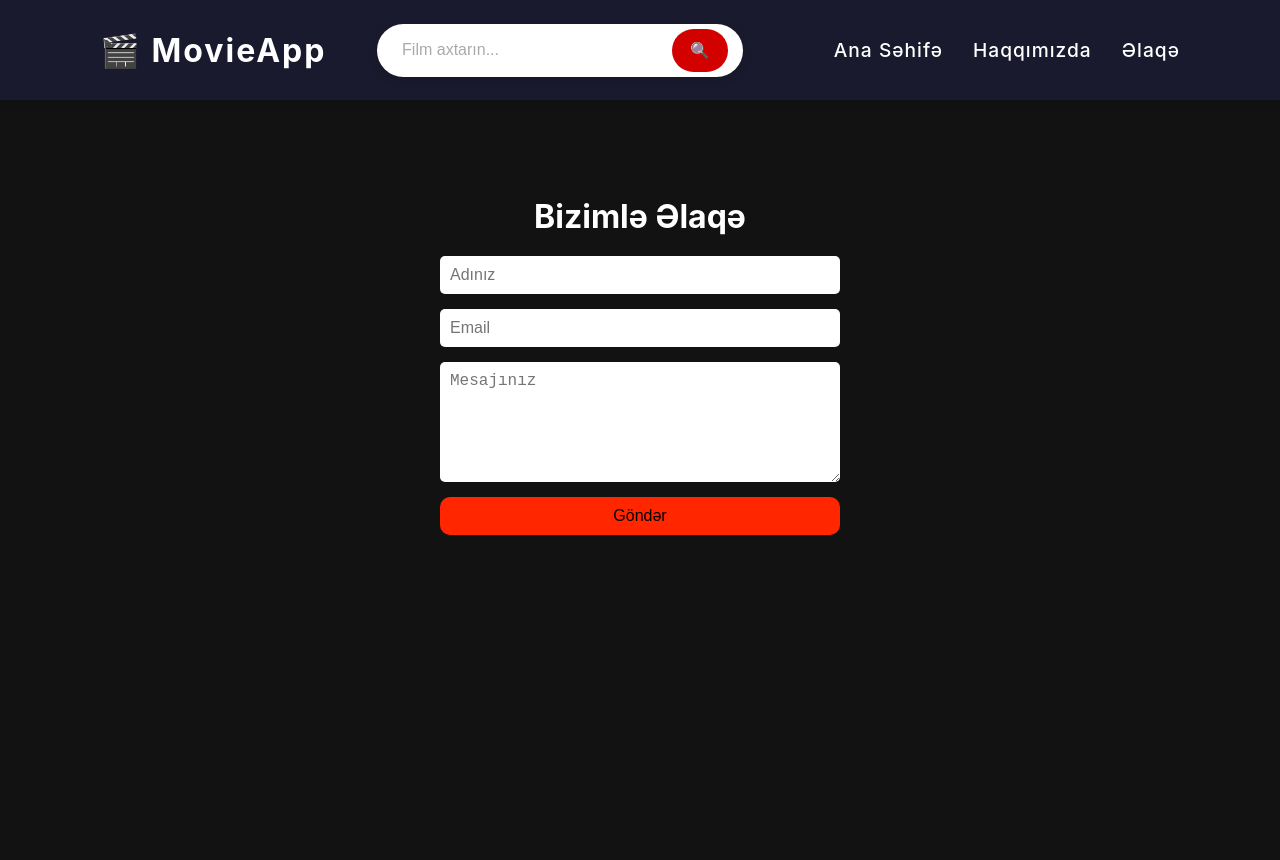
Repository: Zulfiyya077/InternIntelligence_MovieWebsite
Page: /contact
An editor plug-in stored every save of this project. The page is shown before and after the next save, followed by the edit.
The browser window is 1280 px wide. The pictures show the whole page.
The project was rebuilt for these pictures with package versions that can differ from the ones it lists, and the page was loaded fresh each time. Also part of the build but not shown: vite.config.js, src/services/MovieService.jsx, src/components/MovieCard.module.css, src/components/MovieCard.jsx, src/pages/Home.module.css, src/pages/Home.jsx, src/pages/MovieDetailsPage.module.css, src/pages/MovieDetailsPage.jsx and 5 more.

Above is the page before, as saved 2025-02-24 02:12:18.

### src/App.jsx
import React from 'react';
import { BrowserRouter as Router, Routes, Route } from 'react-router-dom';
import Home from './pages/Home';
import MovieDetailsPage from './pages/MovieDetailsPage';
import Navbar from './components/Navbar';
import styles from './App.module.css';
import About from './pages/About';
import Contact from './pages/Contact';
import SearchResultsPage from './pages/SearchResultsPage';
SearchResultsPage
const App = () => {
    return (
        <Router>
            <div className={styles.app}>
                <Navbar />
                <Routes>
                    <Route path="/" element={<Home />} />
                    <Route path="/about" element={<About />} />
                    <Route path="/contact" element={<Contact />} />
                    <Route path="" element={<SearchResultsPage />} />
                    <Route path="/movie/:id" element={<MovieDetailsPage />} />
                </Routes>
            </div>
        </Router>
    );
};

export default App;

### src/components/Navbar.jsx
import React from 'react';
import { Link } from 'react-router-dom';
import SearchBar from './SearchBar';
import styles from './Navbar.module.css';

const Navbar = () => {
    return (
        <nav className={styles.navbar}>
            <div className={styles.logo}>
                <Link to="/">🎬 MovieApp</Link>
            </div>
            <SearchBar />
            <ul className={styles.navLinks}>
                <li><Link to="/">Ana Səhifə</Link></li>
                <li><Link to="/about">Haqqımızda</Link></li>
                <li><Link to="/contact">Əlaqə</Link></li>
            </ul>
        </nav>
    );
};

export default Navbar;

### src/pages/Contact.jsx
import React, { useState } from 'react';
import styles from './Contact.module.css';

const Contact = () => {
    const [name, setName] = useState('');
    const [email, setEmail] = useState('');
    const [message, setMessage] = useState('');

    const handleSubmit = (e) => {
        e.preventDefault();
        alert(`Təşəkkürlər, ${name}! Mesajınız göndərildi.`);
        setName('');
        setEmail('');
        setMessage('');
    };

    return (
        <div className={styles.contact}>
            <h2>Bizimlə Əlaqə</h2>
            <form onSubmit={handleSubmit}>
                <input
                    type="text"
                    placeholder="Adınız"
                    value={name}
                    onChange={(e) => setName(e.target.value)}
                    required
                />
                <input
                    type="email"
                    placeholder="Email"
                    value={email}
                    onChange={(e) => setEmail(e.target.value)}
                    required
                />
                <textarea
                    placeholder="Mesajınız"
                    value={message}
                    onChange={(e) => setMessage(e.target.value)}
                    required
                ></textarea>
                <button type="submit">Göndər</button>
            </form>
        </div>
    );
};

export default Contact;

### src/components/SearchBar.jsx
import React, { useState } from 'react';
import { useNavigate } from 'react-router-dom';
import styles from './SearchBar.module.css';

const SearchBar = () => {
    const [query, setQuery] = useState('');
    const navigate = useNavigate();

    const handleSearch = (e) => {
        e.preventDefault();
        if (query.trim()) {
            navigate(`/search/${query}`);
            setQuery('');
        }
    };

    return (
        <form onSubmit={handleSearch} className={styles.searchBar}>
            <input
                type="text"
                placeholder="Film axtarın..."
                value={query}
                onChange={(e) => setQuery(e.target.value)}
            />
            <button type="submit">🔍</button>
        </form>
    );
};

export default SearchBar;

### src/components/Navbar.module.css
/* Navbar */
.navbar {
    display: flex;
    align-items: center;
    justify-content: space-between;
    background-color: #2f2f3d; /* Daha qaranlıq bir fon */
    padding: 10px 100px;
    color: white;
    box-shadow: 0 4px 8px rgba(0, 0, 0, 0.1); /* Sıx kölgə əlavə edildi */
    position: sticky;
    top: 0;
    z-index: 1000;
    transition: background-color 0.3s ease;
    height: 80px;
}

.navbar:hover {
    background-color: #1a1a2e; /* Navbar-ın hover effekti */
}

.logo a {
    font-size: 2rem;
    color: white;
    text-decoration: none;
    font-weight: 700;
    letter-spacing: 2px;
    transition: transform 0.3s ease, color 0.3s ease;
}

.logo a:hover {
    transform: scale(1.1); /* Hover effekti ilə logo böyüyəcək */
    color: #ffcc00; /* Hoverda logo rəngi dəyişir */
}

.navLinks {
    list-style: none;
    display: flex;
    gap: 30px;
}

.navLinks li {
    position: relative;
}

.navLinks li a {
    color: white;
    text-decoration: none;
    font-size: 1.2rem;
    font-weight: 500;
    letter-spacing: 1px;
    transition: color 0.3s ease, transform 0.3s ease;
}

.navLinks li a:hover {
    color: #ffcc00;
    transform: translateY(-5px); /* Hoverda yuxarı doğru hərəkət edir */
}

/* Underline hover animation */
.navLinks li a::after {
    content: '';
    position: absolute;
    width: 0;
    height: 2px;
    background-color: #ffcc00;
    left: 50%;
    bottom: -5px;
    transition: width 0.3s, left 0.3s;
    transform: translateX(0%);
}

.navLinks li a:hover::after {
    width: 100%; /* Hover edildikdə alt xətt tam görünür */
    left: 0;
}

/* Animation for navbar items */
.navLinks li {
    animation: fadeInUp 0.5s ease-out forwards;
    opacity: 0;
}

.navLinks li:nth-child(1) {
    animation-delay: 0.2s;
}

.navLinks li:nth-child(2) {
    animation-delay: 0.3s;
}

.navLinks li:nth-child(3) {
    animation-delay: 0.4s;
}

.navLinks li:nth-child(4) {
    animation-delay: 0.5s;
}

/* FadeInUp animation for nav items */
@keyframes fadeInUp {
    from {
        opacity: 0;
        transform: translateY(20px);
    }
    to {
        opacity: 1;
        transform: translateY(0);
    }
}

/* Responsive Navbar */
@media (max-width: 768px) {
    .navbar {
        flex-direction: column;
        padding: 15px 25px;
    }

    .navLinks {
        flex-direction: column;
        gap: 15px;
        margin-top: 20px;
    }

    .logo a {
        font-size: 1.8rem;
    }

    .navLinks li a {
        font-size: 1.2rem;
    }
}

### src/pages/Contact.module.css
.contact {
    text-align: center;
    padding: 70px;
    color: white;
    background-color: #121212;
    height: calc(100vh - 100px);
}

.contact h2 {
    font-size: 2rem;
    margin-bottom: 20px;
}

.contact form {
    display: flex;
    flex-direction: column;
    max-width: 400px;
    margin: 0 auto;
    gap: 15px;
}

.contact input,
.contact textarea {
    padding: 10px;
    font-size: 1rem;
    border: none;
    border-radius: 5px;
}

.contact textarea {
    height: 100px;
}

.contact button {
    background-color: #ff2600;
    border: none;
    padding: 10px;
    font-size: 1rem;
    cursor: pointer;
    border-radius: 10px;
}

.contact button:hover {
    background-color: #e6b800;
}

### src/components/SearchBar.module.css
/* Search Bar */
.searchBar {
    display: flex;
    align-items: center;
    background-color: white;
    border-radius: 30px;
    box-shadow: 0 4px 10px rgba(0, 0, 0, 0.1);
    transition: box-shadow 0.3s ease, transform 0.3s ease;
    padding: 5px 15px;
}

.searchBar:hover {
    transform: scale(1.05); /* Search bar hover zamanı yavaşca böyüyür */
    box-shadow: 0 6px 15px rgba(0, 0, 0, 0.15); /* Hover zamanı kölgə daha da artır */
}

.searchBar input {
    border: none;
    padding: 10px;
    outline: none;
    font-size: 1rem;
    width: 250px;
    transition: width 0.3s ease, padding 0.3s ease;
    border-radius: 20px;
    color: #333;
    font-weight: 500;
}

.searchBar input:focus {
    width: 300px; /* Fokus halında genişlənir */
    padding: 12px;
    transition: all 0.3s ease;
}

.searchBar input::placeholder {
    color: #aaa;
    font-weight: 300;
    transition: color 0.3s ease;
}

.searchBar input:focus::placeholder {
    color: #ffcc00; /* Fokus halında placeholder rəngi dəyişir */
}

.searchBar button {
    background-color: #d30000;
    border: none;
    padding: 12px 18px;
    cursor: pointer;
    font-size: 1rem;
    color: white;
    border-radius: 30px;
    margin-left: 10px;
    transition: background-color 0.3s ease, transform 0.3s ease;
}

.searchBar button:hover {
    background-color: #e6b800; /* Hoverda button rəngi dəyişir */
    transform: scale(1.1); /* Hoverda böyümə effekti */
}

.searchBar button:active {
    background-color: #d49e00; /* Klikləmə effekti */
    transform: scale(1); /* Tıkladıqda normal ölçüyə dönər */
}

.searchBar button:focus {
    outline: none;
    box-shadow: 0 0 0 4px rgba(255, 204, 0, 0.6); /* Fokusda şəffaf sarı rəngdə kontur */
}

Loaded but not shown: index.html (common file); src/main.jsx (common file); src/index.css (common file)

After the next save:
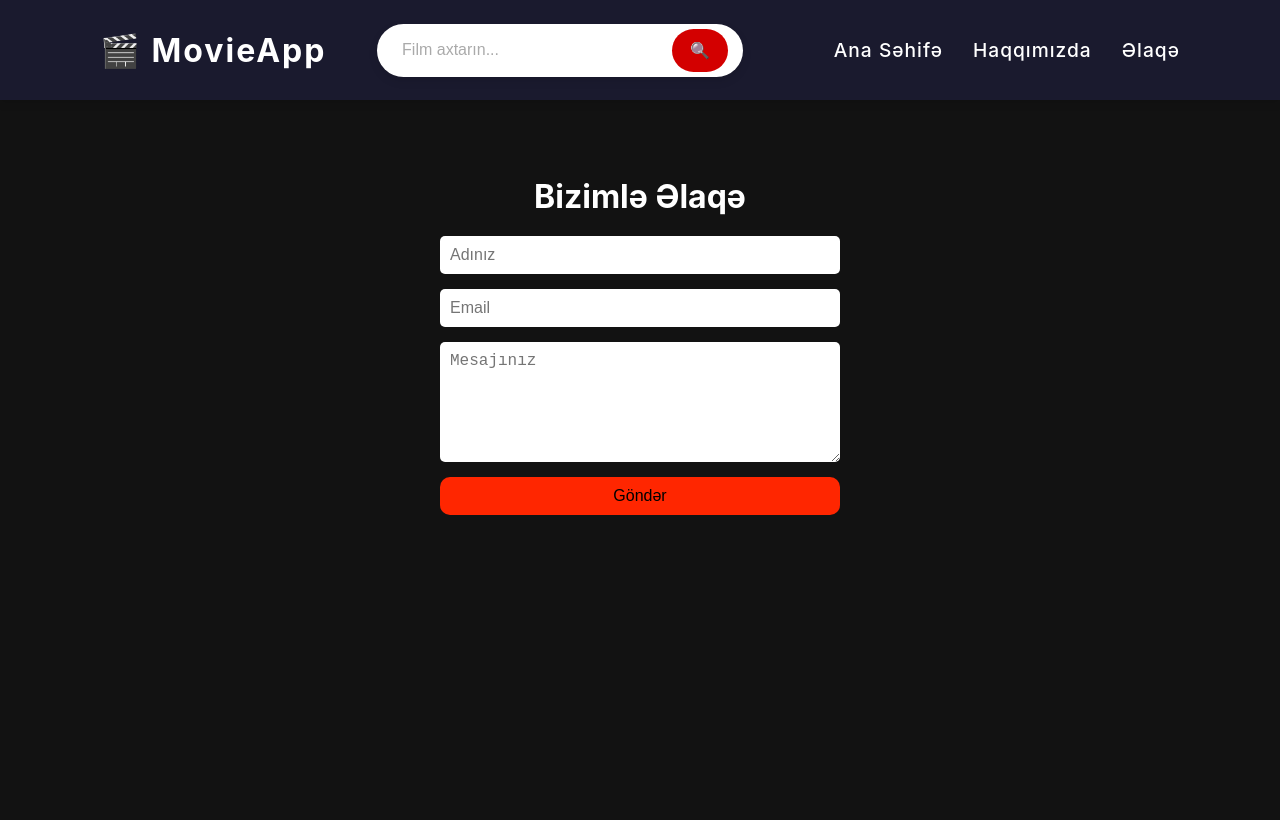
Saved 17 s later.
--- a/src/pages/Contact.module.css
+++ b/src/pages/Contact.module.css
@@ -1,6 +1,6 @@
 .contact {
     text-align: center;
-    padding: 70px;
+    padding: 50px;
     color: white;
     background-color: #121212;
     height: calc(100vh - 100px);
